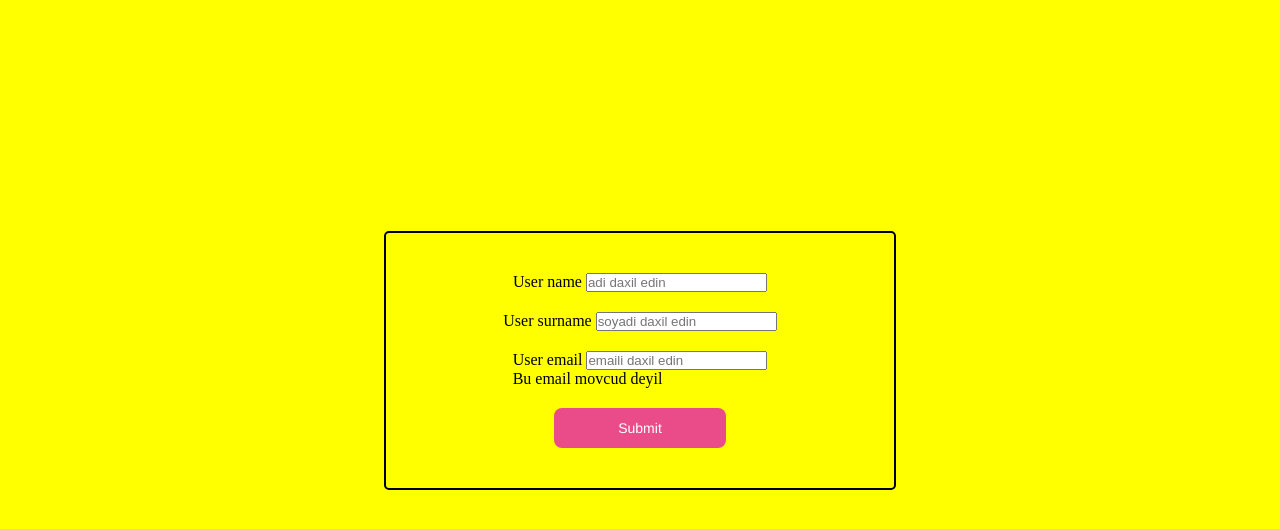
Repository: AytacSafarova/Figma--task
Page: index.html
The author's editor kept a copy of each file at every save. The page is drawn from the files as they stood at one save, then again after a run of saves.
The browser window is 1280 px wide. The pictures show the whole page.

Above is the page before, as saved 2023-08-04 15:57:51.

After the next 2 saves:
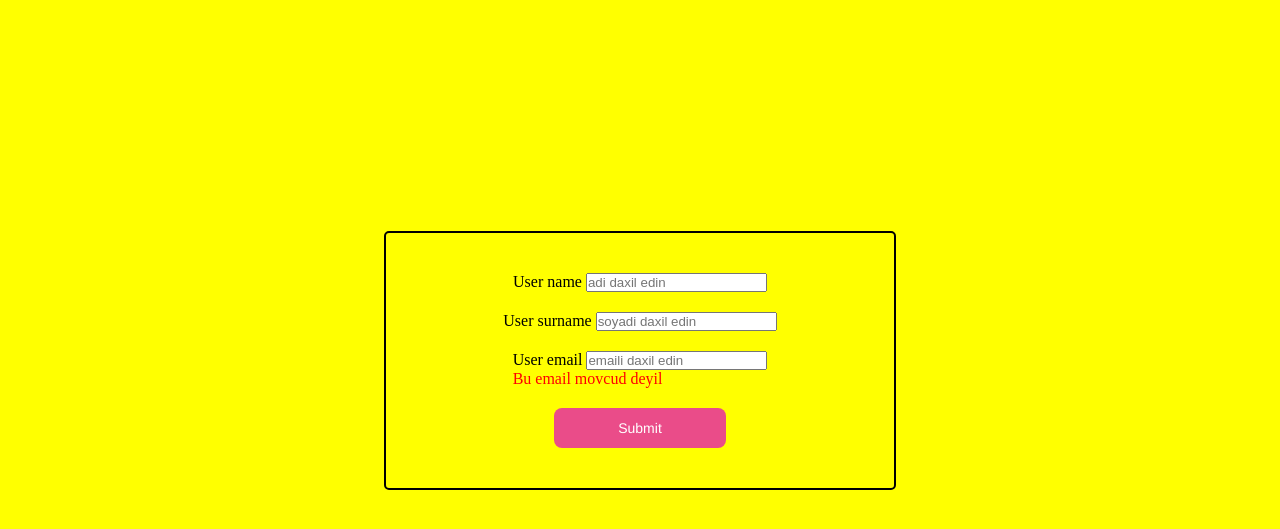
The 2 saves are shown as one change because they came seconds apart.
The last was saved 6 s later.
--- a/index.css
+++ b/index.css
@@ -120,3 +120,6 @@ gap: 20px;
 input:first-child:hover{
 background-color: #F082AC;
 }
+p{
+  color: red;
+}
